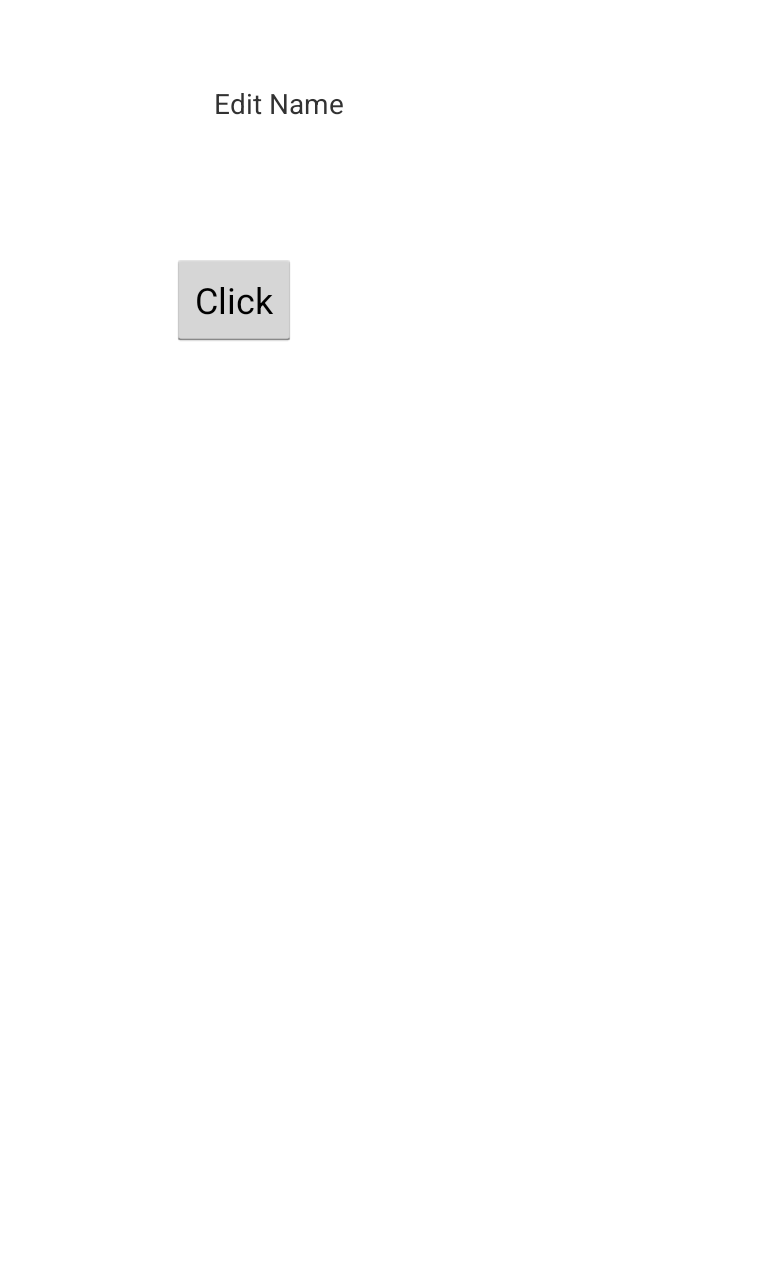
Repository: 12030121030/eventhandling
Layout: eventhandling/res/layout/activity_main.xml
The author's editor kept a copy of each file at every save. The layout is drawn from the files as they stood at one save, then again after the next save.
It is drawn on a 768 x 1280 px phone screen (xhdpi) without system bars, with theme AppTheme; the app's code is not run.

Above is the layout before, as saved 2014-12-19 05:08:47.

### eventhandling/res/layout/activity_main.xml


  <RelativeLayout xmlns:android="http://schemas.android.com/apk/res/android"
    xmlns:tools="http://schemas.android.com/tools"
    android:layout_width="match_parent"
    android:layout_height="match_parent"
    android:paddingBottom="@dimen/activity_vertical_margin"
    android:paddingLeft="@dimen/activity_horizontal_margin"
    android:paddingRight="@dimen/activity_horizontal_margin"
    android:paddingTop="@dimen/activity_vertical_margin"
    tools:context=".MainActivity" >

    <Button
        android:id="@+id/btnClick"
        android:layout_width="wrap_content"
        android:layout_height="wrap_content"
        android:layout_alignParentLeft="true"
        android:layout_alignParentTop="true"
        android:layout_marginLeft="69dp"
        android:layout_marginTop="110dp"
        android:text="Click" />

    <TextView
        android:id="@+id/textView1"
        android:layout_width="wrap_content"
        android:layout_height="wrap_content"
        android:layout_alignLeft="@+id/btnClick"
        android:layout_alignParentTop="true"
        android:layout_marginLeft="22dp"
        android:layout_marginTop="26dp"
        android:text="Edit Name" />

</RelativeLayout>

Loaded but not shown: eventhandling/res/values/styles.xml (common file); eventhandling/res/values-v11/styles.xml (common file); eventhandling/res/values-v14/styles.xml (common file); eventhandling/res/values/dimens.xml (common file)

After the next save:
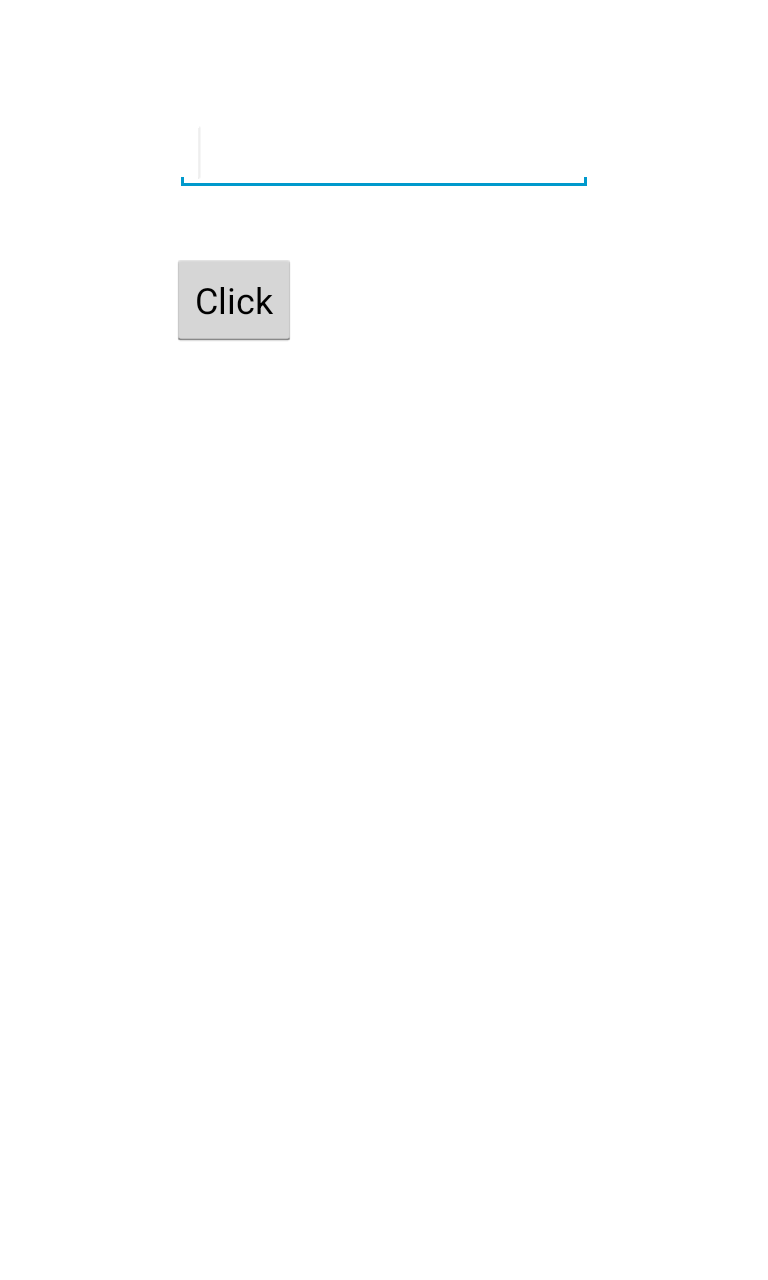
Saved 41 s later.
--- a/eventhandling/res/layout/activity_main.xml
+++ b/eventhandling/res/layout/activity_main.xml
@@ -20,14 +20,17 @@
         android:layout_marginTop="110dp"
         android:text="Click" />
 
-    <TextView
-        android:id="@+id/textView1"
+    <EditText
+        android:id="@+id/editText1"
         android:layout_width="wrap_content"
         android:layout_height="wrap_content"
-        android:layout_alignLeft="@+id/btnClick"
         android:layout_alignParentTop="true"
-        android:layout_marginLeft="22dp"
-        android:layout_marginTop="26dp"
-        android:text="Edit Name" />
+        android:layout_centerHorizontal="true"
+        android:layout_marginTop="41dp"
+        android:ems="10"
+        android:inputType="Edit Name" >
+
+        <requestFocus />
+    </EditText>
 
 </RelativeLayout>
